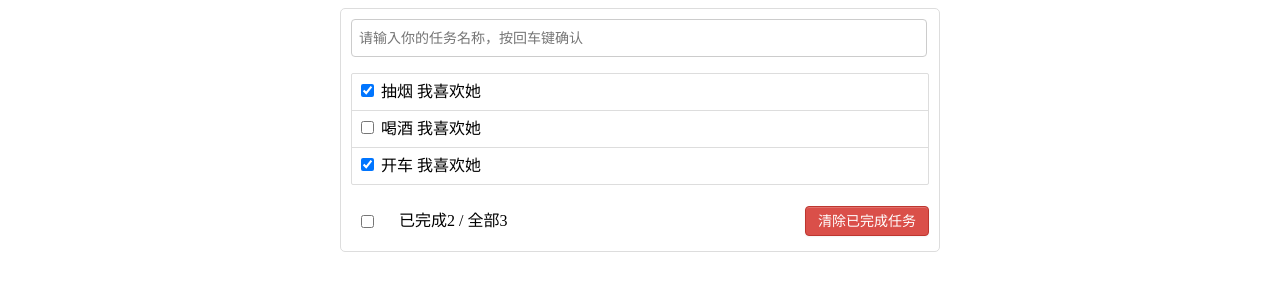
Repository: weiqsctj/TodoList
Page: /
The author's editor kept a copy of each file at every save. The page is drawn from the files as they stood at one save, then again after the next save.
The browser window is 1280 px wide. The pictures show the whole page.
The project was rebuilt for these pictures with package versions that can differ from the ones it lists, and the page was loaded fresh each time. Also part of the build but not shown: vue.config.js.

Above is the page before, as saved 2021-12-24 21:11:12.

After the next save:
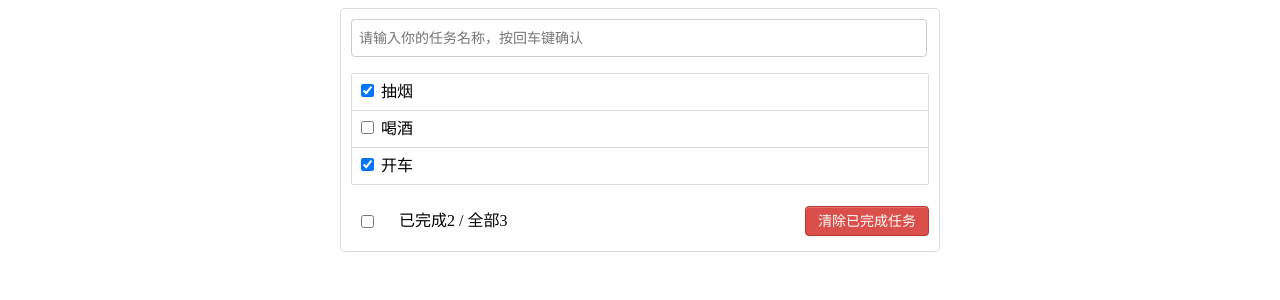
Saved 13 h 2 min later.
--- a/src/components/MyItem.vue
+++ b/src/components/MyItem.vue
@@ -6,7 +6,7 @@
 			<!-- <input type="checkbox" v-model="todo.done"/>-->
 
 			<span>
-				{{todo.title}}   我喜欢她
+				{{todo.title}}
 			</span>
 		</label>
 		<button class="btn btn-danger" @click="handleDelete(todo.id)">删除</button>
